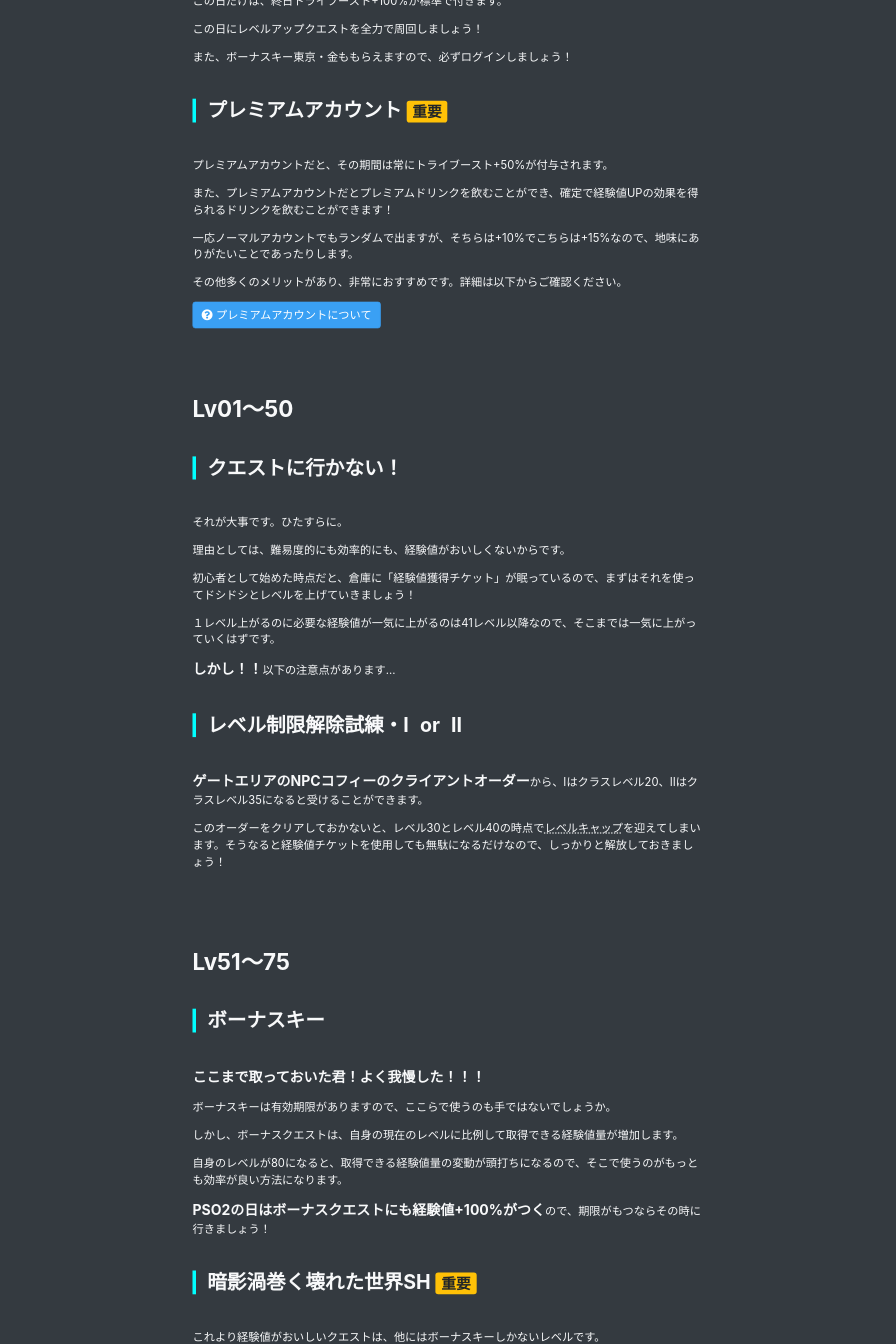
Repository: milkyahonpo/Website_source
Page: docs/capture.html
These files come from the project's save history. The page is drawn as it stood at one moment and after the next save; the edit follows.
The browser window is 1280 px wide. The pictures show the part of the page from y = 4580 to 6500 px (the page is 9694 px tall before and 9702 px after), at 70% of full size.
Some web libraries are served in a nearby version.

Above is the page before, as saved 2020-01-24 12:37:03.

### docs/capture.html
<!DOCTYPE html>
<html lang="ja">
  <head>
    <!-- Required meta tags -->
    <meta charset="utf-8">
    <meta name="viewport" content="width=device-width, initial-scale=1, shrink-to-fit=no">
    <!-- Bootstrap CSS -->
    <link rel="stylesheet" href="https://stackpath.bootstrapcdn.com/bootstrap/4.3.1/css/bootstrap.min.css" integrity="sha384-ggOyR0iXCbMQv3Xipma34MD+dH/1fQ784/j6cY/iJTQUOhcWr7x9JvoRxT2MZw1T" crossorigin="anonymous">
    <!-- My CSS -->
    <link rel="stylesheet" href="css/capture.css">
    <!-- favicon -->
    <link rel="shortcut icon" href="img/favicon.ico">
    <!-- Font Awesome -->
    <link href="https://use.fontawesome.com/releases/v5.6.1/css/all.css" rel="stylesheet">
    <!-- Google Fonts -->
    <link href="https://fonts.googleapis.com/css?family=Titillium+Web&display=swap" rel="stylesheet">

    <title>みるく屋本舗 - 攻略本 -</title>
  </head>

  <body>
  <!-- Navigation -->
  <nav class="navbar navbar-expand-lg navbar-light fixed-top py-3" id="mainNav">
    <div class="container">
      <a class="navbar-brand" href="index.html">
        <img src="./img/logo.png" width="50" height="50" alt="">
        <b>みるく屋本舗</b>
      </a>
      <button class="navbar-toggler navbar-togglar-right" type="button" data-toggle="collapse" data-target="#navbarResponsive" aria-controls="navbarResponsive" aria-expanded="false" aria-label="Toggle navigation">
        <span class="navbar-toggler-icon"></span>
      </button>
      <div class="collapse navbar-collapse" id="navbarResponsive">
        <ul class="navbar-nav ml-auto my-2 my-lg-0">
          <li class="nav-item">
            <a class="nav-link js-scroll-trigger" href="#basic">基礎知識</a>
          </li>
          <li class="nav-item">
            <a class="nav-link js-scroll-trigger" href="#lv1-50">Lv01～Lv50</a>
          </li>
          <li class="nav-item">
            <a class="nav-link js-scroll-trigger" href="#lv51-75">Lv51～Lv75</a>
          </li>
          <li class="nav-item">
            <a class="nav-link js-scroll-trigger" href="#lv76-80">Lv76～Lv80</a>
          </li>
          <li class="nav-item">
            <a class="nav-link js-scroll-trigger" href="#lv81-90">Lv81～Lv90</a>
          </li>
        </ul>
      </div>
    </div>
  </nav>
  <!-- About Section -->
  <section class="page-section h-100 bg-dark text-light">
    <div class="container h-100">
      <div class="row h-100 justify-content-center align-items-center">
        <div class="col-lg-8">
          <h2 class="display-1 mt-0 font-weight-bold text-center"><span style="color: cyan;">攻</span>略本</h2>
          <hr class="divider my-4">
          <p class="lead text-center">チムメンに役立つ育成情報を掲載します！</p>
          <p class="text-center"><small>最終更新 : 2020/01/23</small></p>
        </div>
      </div>
    </div>
  </section>

  <section class="page-section bg-dark text-light">
    <div class="container">
      <div class="row py-5 justify-content-center" id="basic">
        <div class="col-md-8">
          <h2 class="font-weight-bold">基礎知識</h2>
          <h3 class="my-5 pl-3"><strong class="font-weight-bold">メインクラスとサブクラス</strong></h3>
          <p>
            PSO2には「メインクラス」と「サブクラス」があります。
            <ul>
              <li>「メインクラス」装備できる武器に影響するクラス</li>
              <li>「サブクラス」一部のスキルとステータスの影響を受けるクラス<br>
            </ul>
            以下にクラス一覧と、その装備できる武器について示します。
          <p>
          <p class="alert alert-info">ガンスラッシュはどのクラスでも使用することができます。</p>
          <h4>通常クラス</h4>
          <table class="table table-striped table-hover my-3 table-dark">
            <tr><th>アイコン</th><th>クラス名</th><th>略称</th><th>装備できる武器</th></tr>
            <tr><td><img class="img-thumbnail" src="img/Hu.png"　style="display: inline-block" width="50px" height="auto"></td><td><a href="https://pso2.swiki.jp/index.php?%E3%83%8F%E3%83%B3%E3%82%BF%E3%83%BC">ハンター</a></td><td>Hu</td><td><ul><li>ソード</li><li>ワイヤードランス</li><li>パルチザン</li></ul></td></tr>
            <tr><td><img class="img-thumbnail" src="img/Fi.png"　style="display: inline-block" width="50px" height="auto"></td><td><a href="https://pso2.swiki.jp/index.php?%E3%83%95%E3%82%A1%E3%82%A4%E3%82%BF%E3%83%BC">ファイター</a></td><td>Fi</td><td><ul><li>ツインダガー</li><li>ダブルセイバー</li><li>ナックル</li></ul></td></tr>
            <tr><td><img class="img-thumbnail" src="img/Ra.png"　style="display: inline-block" width="50px" height="auto"></td><td><a href="https://pso2.swiki.jp/index.php?%E3%83%AC%E3%83%B3%E3%82%B8%E3%83%A3%E3%83%BC">レンジャー</a></td><td>Ra</td><td><ul><li>ランチャー</li><li>アサルトライフル</li></ul></td></tr>
            <tr><td><img class="img-thumbnail" src="img/Gu.png"　style="display: inline-block" width="50px" height="auto"></td><td><a href="https://pso2.swiki.jp/index.php?%E3%82%AC%E3%83%B3%E3%83%8A%E3%83%BC">ガンナー</a></td><td>Gu</td><td><ul><li>ツインマシンガン</li><li>アサルトライフル</li></ul></td></tr>
            <tr><td><img class="img-thumbnail" src="img/Fo.png"　style="display: inline-block" width="50px" height="auto"></td><td><a href="https://pso2.swiki.jp/index.php?%E3%83%95%E3%82%A9%E3%83%BC%E3%82%B9">フォース</a></td><td>Fo</td><td><ul><li>ロッド</li><li>タリス</li></ul></td></tr>
            <tr><td><img class="img-thumbnail" src="img/Te.png"　style="display: inline-block" width="50px" height="auto"></td><td><a href="https://pso2.swiki.jp/index.php?%E3%83%86%E3%82%AF%E3%82%BF%E3%83%BC">テクター</a></td><td>Te</td><td><ul><li>ウォンド</li><li>タリス</li></ul></td></tr>
            <tr><td><img class="img-thumbnail" src="img/Br.png"　style="display: inline-block" width="50px" height="auto"></td><td><a href="https://pso2.swiki.jp/index.php?%E3%83%96%E3%83%AC%E3%82%A4%E3%83%90%E3%83%BC">ブレイバー</a></td><td>Br</td><td><ul><li>カタナ</li><li>バレットボウ</li></ul></td></tr>
            <tr><td><img class="img-thumbnail" src="img/Bo.png"　style="display: inline-block" width="50px" height="auto"></td><td><a href="https://pso2.swiki.jp/index.php?%E3%83%90%E3%82%A6%E3%83%B3%E3%82%B5%E3%83%BC">バウンサー</a></td><td>Bo</td><td><ul><li>ジェットブーツ</li><li>デュアルブレード</li></ul></td></tr>
            <tr><td><img class="img-thumbnail" src="img/Su.png"　style="display: inline-block" width="50px" height="auto"></td><td><a href="https://pso2.swiki.jp/index.php?%E3%82%B5%E3%83%A2%E3%83%8A%E3%83%BC">サモナー</a></td><td>Su</td><td><ul><li>タクト</li></ul></td></tr >
          </table>
          <div class="my-5">
            <p>これらの通常クラスのいずれか２つをレベル75にすることで選択可能になる<strong class="lead font-weight-bold">「後継クラス」</strong>というものがあります。</p>
            <p>後継クラスは現状で３つあり、ファントムとエトワールはサブクラスとしてセットすることができますが、メインクラスとして使う場合、<strong class="lead font-weight-bold">全てサブクラスをセットすることができません。</strong>その代わりに、各クラス特徴のある強力なクラススキルを有しており、非常に優秀なクラスとなっています。</p>
          </div>
          <h4>後継クラス</h4>
          <table class="table table-striped table-hover my-3 table-dark">
            <tr><th>アイコン</th><th>クラス名</th><th>略称</th><th>装備できる武器</th></tr>
            <tr><td><img class="img-thumbnail" src="img/Hr.png"　style="display: inline-block" width="50px" height="auto"></td class="align-items-center"><td><a href="https://pso2.swiki.jp/index.php?%E3%83%92%E3%83%BC%E3%83%AD%E3%83%BC">ヒーロー</a></td><td>Hr</td><td><ul><li>ソード</li><li>ツインマシンガン</li><li>タリス</li></ul></td></tr>
            <tr><td><img class="img-thumbnail" src="img/Ph.png"　style="display: inline-block" width="50px" height="auto"></td><td><a href="https://pso2.swiki.jp/index.php?%E3%83%95%E3%82%A1%E3%83%B3%E3%83%88%E3%83%A0">ファントム</a></td><td>Ph</td><td><ul><li>カタナ</li><li>アサルトライフル</li><li>ロッド</li></td></tr>
            <tr><td><img class="img-thumbnail" src="img/Et.png"　style="display: inline-block" width="50px" height="auto"></td><td><a href="https://pso2.swiki.jp/index.php?%E3%82%A8%E3%83%88%E3%83%AF%E3%83%BC%E3%83%AB">エトワール</a></td><td>Et</td><td><ul><li>ダブルセイバー</li><li>デュアルブレード</li><li>ウォンド</li></td></tr>
          </table>
          <p>「メインクラス」は、当然ですが入手した経験値の100%が加算されます。</p>
          <p>「サブクラス」も、セットしておくだけでサブクラスがレベル70までは<strong class="lead font-weight-bold">メインクラスが獲得した経験値の25%</strong>が加算されます。</p>
          <p>そのため、必ずサブクラスをつけておきましょう。</p>

          <h3 class="my-5 pl-3"><strong class="font-weight-bold"><abbr title="特殊能力(DL先のファイルに詳細)">OP</abbr>・<abbr title="S級特殊能力(DL先のファイルに詳細)">SOP</abbr>付け</strong></h3>
          <p>PSO2の武器や<abbr title="防具のこと">ユニット</abbr>には、OPと呼ばれる特殊能力を付与することができます。</p>
          <p>これを付けていないとどれだけ頑張っても火力が出なかったり、伸び悩んでしまう原因になります。</p>
          <p>最初のうちに理解するのは難しい要素でもあるのですが、以下のファイルにOPの付け方をまとめてあるので、ダウンロードして必ず理解するようにしましょう！！</p>
          <a class="text-decoration-none" href="./document/PSO2 OP付け覚書.pdf" download="PSO2 OP付け覚書.pdf">
            <button class="btn btn-primary">
              <span class="text-decoration-none"><i class="fas fa-download"></i><b class="px-1">PSO2 OP付け覚書.pdf</b></span>
            </button>
          </a>
          <h3 class="my-5 pl-3"><strong class="font-weight-bold">ブーストアイテム</strong></h3>
          <p>PSO2には、経験値やメセタやレアドロの確率を一時的に上昇させる、トライブーストをはじめとした「ブーストアイテム」が多種類存在します。</p>
          <p>経験値を稼ぐためには、ブーストを使用したほうが有利ですので、必ず使用してクエストに行くことを忘れないようにしましょう。</p>
          <p>同じ名前のブーストアイテムを使用しても効果は多くならないので、違う名前のブーストを組み合わせることでより良い効果を得ることができます。</p>
          <p>元々の経験値を100%とすると...</p>
          <div class="card mb-3 text-dark">
            <div class="card-body">
            <p><b>例１)トライブースト+100%と経験値+75%を使用した場合の経験値取得率</b></p>
            <strong class="my-1 display-4"><var>100</var> + <var>100</var> + <var>75</var> = <var>275</var>%</strong>
            </div>
          </div>
          <p>上記のように、ブーストアイテムの効果は加算によって求められます。</p>

          <h3 class="my-5 pl-3"><strong class="font-weight-bold">パーティーブースト </strong><span class="badge badge-warning">重要</span></h3>
          <p>PSO2では、パーティーを組むことによって「パーティーブースト」と呼ばれる、<abbr title="略称「トラブ」 メセタ、レアドロ、経験値獲得量UP">トライブースト</abbr>が付与されます。</p>
          <p>先ほどのブーストアイテムについての項目でお話しましたが、ブーストアイテムの効果は加算によって求めることができます。</p>
          <p>しかし、<strong class="lead font-weight-bold">パーティーブーストだけは乗算でかかります。</strong>パーティーが二人以上の場合のパーティーの人数をXとすると、パーティーブーストは1.X倍になります。</p>
          <div class="card mb-3 text-dark">
            <div class="card-body">
            <p><b>例２)例１の場合でパーティー４人の場合の経験値取得率</b></p>
            <strong class="my-1 display-4"><var>275</var> * <var>1.4</var> = <span class="enh"><var>385</var>%</span></strong><br>
            </div>
          </div>
          <p>絶対に４人パーティーで行きましょう！</p>

          <h3 class="my-5 pl-3"><strong class="font-weight-bold">PSO2の日(毎月2日 +プレミアムは22日)</strong></h3>
          <p>この日だけは、終日トライブースト+100%が標準で付きます。</p>
          <p>この日にレベルアップクエストを全力で周回しましょう！</p>
          <p>また、ボーナスキー東京・金ももらえますので、必ずログインしましょう！</p>

          <h3 class="my-5 pl-3"><strong class="font-weight-bold">プレミアムアカウント </strong><span class="badge badge-warning">重要</span></h3>
          <p>プレミアムアカウントだと、その期間は常にトライブースト+50%が付与されます。</p>
          <p>また、プレミアムアカウントだとプレミアムドリンクを飲むことができ、確定で経験値UPの効果を得られるドリンクを飲むことができます！</p>
          <p>一応ノーマルアカウントでもランダムで出ますが、そちらは+10%でこちらは+15%なので、地味にありがたいことであったりします。</p>
          <p>その他多くのメリットがあり、非常におすすめです。詳細は以下からご確認ください。</p>
          <a href="http://pso2.jp/players/manual/preparations/ac/#sys-manual-513"><button class="btn btn-primary"><i class="fas fa-question-circle"></i> プレミアムアカウントについて</button></a>
        </div>
      </div>
      <div class="row py-5 justify-content-center" id="lv1-50">
        <div class="col-lg-8">
          <h2><b>Lv01～50</b></h2>
          <h3 class="my-5 pl-3"><strong class="font-weight-bold">クエストに行かない！</strong></h3>
          <section>
            <p>それが大事です。ひたすらに。</p>
            <p>理由としては、難易度的にも効率的にも、経験値がおいしくないからです。</p>
            <p>初心者として始めた時点だと、倉庫に「経験値獲得チケット」が眠っているので、まずはそれを使ってドシドシとレベルを上げていきましょう！</p>
            <p>１レベル上がるのに必要な経験値が一気に上がるのは41レベル以降なので、そこまでは一気に上がっていくはずです。</p>
            <p><strong class="lead font-weight-bold">しかし！！</strong>以下の注意点があります...</p>
            <h3 class="my-5 pl-3"><strong class="font-weight-bold">レベル制限解除試練・Ⅰ<span class="mx-3">or</span>Ⅱ</strong></h3>
            <p><strong class="lead font-weight-bold">ゲートエリアのNPCコフィーのクライアントオーダー</strong>から、Ⅰはクラスレベル20、Ⅱはクラスレベル35になると受けることができます。</p>
            <p>このオーダーをクリアしておかないと、レベル30とレベル40の時点で<abbr title="レベルがそれ以上上がらない状態になること">レベルキャップ</abbr>を迎えてしまいます。そうなると経験値チケットを使用しても無駄になるだけなので、しっかりと解放しておきましょう！</p>
          </section>
        </div>
      </div>
      <div class="row py-5 justify-content-center" id="lv51-75">
        <div class="col-lg-8">
          <h2 class="mb-5"><b>Lv51～75</b></h2>
          <h3 class="my-5 pl-3"><strong class="font-weight-bold">ボーナスキー</strong></h3>
          <p><strong class="lead font-weight-bold">ここまで取っておいた君！よく我慢した！！！</strong></p>
          <p>ボーナスキーは有効期限がありますので、ここらで使うのも手ではないでしょうか。</p>
          <p>しかし、ボーナスクエストは、自身の現在のレベルに比例して取得できる経験値量が増加します。</p>
          <p>自身のレベルが80になると、取得できる経験値量の変動が頭打ちになるので、そこで使うのがもっとも効率が良い方法になります。</p>
          <p><strong class="lead font-weight-bold">PSO2の日はボーナスクエストにも経験値+100%がつく</strong>ので、期限がもつならその時に行きましょう！</p>

          <h3 class="my-5 pl-3"><strong class="font-weight-bold">暗影渦巻く壊れた世界SH </strong><span class="badge badge-warning">重要</span></h3>
          <p>これより経験値がおいしいクエストは、他にはボーナスキーしかないレベルです。</p>
          <p>圧倒的経験値効率を誇るクエストなので、レベリングには必ず行きましょう！</p>
          <p><strong class="lead font-weight-bold">レベルアップクエストの仕様上、5日周期で1日来る</strong>ので必ずチェックしておきましょう。</p>

          <h3 class="my-5 pl-3"><strong class="font-weight-bold">クラスごとの<abbr title="スキルポイント スキルツリーのスキルを取得するために必要になる レベル1UPごとに1SP">SP</abbr>取得クライアントオーダー </strong><span class="badge badge-warning">重要</span></h3>
          <p>レベル75になると、クラスキューブというアイテムを渡すことによって、クラスごとにSPを獲得できるクライアントオーダーが解放されます。</p>
          <p>クラスキューブとは、ハンターであれば「Huエクスキューブ」といったような、クラスの略称がついたアイテムになります。</p>
          <p>全てのクラス共通で、最初は1個、次は2個、3個、4個と要求数が増えていき、全4つのオーダーで合計10個のクラスキューブが必要になります。</p>
          <p><strong class="lead font-weight-bold">ゲートエリアのNPCシロナの「トレジャーショップ」</strong>から、SGまたはメセタを使用してクラスキューブを購入することができます。売っているクラスキューブは日替わりなので、自分の欲しいクラスキューブが陳列された時に購入しましょう！</p>

          <p>また、レベル90のレベルキャップに到達した状態でレベルアップすることで、そのクラスのクラスキューブを<strong class="lead font-weight-bold">レベルアップごとに７個</strong>取得することができます。</p>
        </div>
      </div>
          <!--
          <h3 class="my-5 pl-3"><strong class="font-weight-bold">レベル75制限解除試験・○○ </strong><span class="badge badge-info">後継クラスのみ</span></h3>
          <p>レベル75制限解除試験とは、その名の通りレベル75のレベルキャップを解放するクライアントオーダーです。</p>
          <p>これまでもレベル30の時点やレベル40の時点にも存在したものと同じになります。</p>
          <p>このレベルキャップ解放はクラスごとにクリアする必要があります。</p>
          <p>条件は、<br>
          <strong class="lead font-weight-bold">「<abbr title="ガンスラッシュは対象外です">メインクラスで装備できる武器種</abbr>の☆13以上を+35まで強化する」</strong><br>
          というものになります。</p>
          <p><strong class="lead font-weight-bold">ゲートエリアのNPCプリンの「コレクトシート」</strong>で、☆13武器の+35をゲットするだけで達成することができます。</p>
          <p>コレクトシートとは、数あるアイテムの中から自身が欲しいアイテムを選択し、そのアイテムのシートを入手したのちに、シート中に記載されている必要項目を全達成することで対象のアイテムが入手できるというものです。</p>
          <p>それぞれの項目に指定された条件を達成すると項目のゲージが上昇していき、ゲージが最大になった時にドロップするアイテムを入手することで項目が達成されます。</p>
          <p>基本的にコレクトシートの項目の条件は、入手した時点で開催されている緊急クエストや期間限定クエストで達成できるものが設定されているので、どんどん参加しましょう！</p>
          -->

      <div class="row py-5 justify-content-center" id="lv76-80">
        <div class="col-lg-8">
          <h2 class="mb-5"><b>Lv76～80</b></h2>
          <h3 class="my-5 pl-3"><strong class="font-weight-bold">必要経験値の異常なまでの上昇 </strong><span class="badge badge-danger">難関</span></h3>
          <p><strong class="lead font-weight-bold">今までとは比べ物にならないくらいにレベルが上がらなくなってきます。</strong></p>
          <p>ただ、昔のPSO2と比較したら今はボーナスキーもあり、レベルアップクエストなんてものもあり、
          そのうえPSO2の日では経験値+100%で、プレミアムなら毎日トライブースト+50%もつくだって！？</p>
          <strong class="lead font-weight-bold">めげずに頑張りましょう！私たちがついています！</strong>

          <h3 class="my-5 pl-3"><strong class="font-weight-bold">ボーナスキー </strong></h3>
          <p>それはここでも同じです。</p>
          <p>PSO2で経験値が一番おいしいクエストは間違いなくボーナスキー！</p>
          <p>手に入れたらPSO2の日をねらって絶対に行きましょう！</p>
          <p>(ブーストアイテムを忘れずにね！)</p>

          <h3 class="my-5 pl-3"><strong class="font-weight-bold">暗影渦巻く壊れた世界XH </strong><span class="badge badge-success">更新時点 推奨</span></h3>
          <p>現状最強武器の「リバレイト〇〇」という武器の入手にはクラスキューブが必要になります。</p>
          <p>また、2020/02/05まで開催されている<a href="http://pso2.jp/players/event/newyear2020/">SPACE MAGATSU DESTROYERS</a>の個人ポイント獲得はこの暗影でもためることができ、暗影は1周2分で周回できるので非常に高効率となっています。(本来あってはならないことかもしれませんが...)</p>
          <p>以上の理由から、現時点では高レベルのプレイヤーも暗影を周回しており、人がすぐに集まることも多いため、以下に記載してあるSHを周回するよりも圧倒的に高効率でレベルアップすることができます。</p>

          <h3 class="my-5 pl-3"><strong class="font-weight-bold">暗影渦巻く壊れた世界SH </strong><span class="badge badge-secondary">更新時点 非推奨</span></h3>
          <p>「え？なんでまだこの段階でもXH行かないの？」</p>
          <p>そう思う方も多いことでしょう。</p>
          <p>試しにXHに行ってみた方はわかると思いますが、
          <strong class="lead font-weight-bold">クエストに12人いることのほうが少ないです。</strong></p>
          <p>理由はSHとXHの受注可能なレベル帯の差にあります。</p>
          <p>SHはレベル50から受注可能で、XHには、メインサブの双方を75まで上げないと行けません。</p>
          <p>なので、SHを回るのは、75-50=レベル25分の幅の方で、
          なおかつメインはレベル75であってもサブはまだという方も含まれます。</p>
          <p>それに対してXHはレベル75から受注可能で、最大はレベル90です。</p>
          <p>なので、XHを回るのは、90-75=レベル15分の幅の方で、
          なおかつメインサブ双方が75以上である方です。</p>
          <p>それゆえに、暗影で人数が集まるのは必然的にSHとなるわけです。</p>
          <p>人数が集まるということは、パーティーが組めるのでブーストがのる。</p>
          <p><strong class="lead font-weight-bold">そういうことです！</strong></p>

          <h3 class="my-5 pl-3"><strong class="font-weight-bold">クラスごとのSP取得クライアントオーダー </strong></h3>
          <p>Lv51～75で前述のとおりです。</p>
          <p>もしもレベル75の時点でやっていなかったのであれば、必ずここで済ませてしまいましょう！</p>

          <!--
          <h3 class="my-5 pl-3"><strong class="font-weight-bold">レベル80制限解除試験・○○ </strong></h3>
          <p>「またレベルキャップか・・・」</p>
          <p>安心してください。今回のは<b>めちゃくちゃ簡単</b>です。</p>
          <p>レベルを75にした時点で称号報酬でもらっていた、３つの<strong class="lead font-weight-bold">「サブ／ステラウォール」</strong>というユニット。</p>
          <p>若しくは、ここまで暗影を周回している人なら持っているであろう「ウェポンズバッジ2019」。</p>
          <p>それとバッジ交換ショップで交換できる☆12ユニットの、</p>
          <p><strong class="lead font-weight-bold">「リア／サーキュレイ」、「アーム／サーカレイ」、「レッグ／サークレイ」</strong>。</p>
          <p>そのどちらかのシリーズを全て+10にしてから装備して話しかけるだけで達成できます。</p>
          <p>ユニットの強化は、武器と比較してものすごく簡単なので、
          強化値+7までは補助アイテム何も無しで上げていき、
          +8以降は、「強化成功率+5%」と「強化リスク軽減(+1)」を使用して上げていくだけで十分です。</p>
          <p>もっていないのであれば、どちらも非常に安価にマイショップで販売していますので、
          どんどん上げて、ぱぱっと報告してしまいましょう！</p>
          -->
        </div>
      </div>
      <div class="row py-5 justify-content-center" id="lv81-90">
        <div class="col-lg-8">
          <h2 class="mb-5"><b>Lv81～90</b></h2>
          <h3 class="my-5 pl-3 display-4"><font color="orange">気合 <i class="fas fa-exclamation"></i></font></h3>
          <p>今までの知識をすべて駆使してレベルを上げていきましょう。</p>
          <p>ブースト、ボーナスキー、暗影...</p>
          <p><b style="font-size: 20px">頂上はもうすぐです！</b></p>
        </div>
      </div>
    </div>
  </div>
</section>
  <!-- Footer -->
  <footer class="bg-light py-5">
    <div class="container">
      <div class="small text-center text-muted">※当サイトの一部の掲載画像等に関する権利は、株式会社セガゲームズに帰属しています。</div>
      <div class="small text-center text-muted">Copyright &copy; 2019 - MYH / SEGA PHANTASY STAR ONLINE 2</div>
    </div>
  </footer>

  <!-- Bootstrap core JavaScript -->
  <script src="vendor/jquery/jquery.min.js"></script>
  <script src="vendor/bootstrap/js/bootstrap.bundle.min.js"></script>

  <!-- Plugin JavaScript -->
  <script src="vendor/jquery-easing/jquery.easing.min.js"></script>
  <script src="vendor/magnific-popup/jquery.magnific-popup.min.js"></script>

  <!-- Custom scripts for this template -->
  <script src="js/creative.min.js"></script>

    <!-- Optional JavaScript -->
    <!-- jQuery first, then Popper.js, then Bootstrap JS -->
    <script src="https://code.jquery.com/jquery-3.3.1.slim.min.js" integrity="sha384-q8i/X+965DzO0rT7abK41JStQIAqVgRVzpbzo5smXKp4YfRvH+8abtTE1Pi6jizo" crossorigin="anonymous"></script>
    <script src="https://cdnjs.cloudflare.com/ajax/libs/popper.js/1.14.7/umd/popper.min.js" integrity="sha384-UO2eT0CpHqdSJQ6hJty5KVphtPhzWj9WO1clHTMGa3JDZwrnQq4sF86dIHNDz0W1" crossorigin="anonymous"></script>
    <script src="https://stackpath.bootstrapcdn.com/bootstrap/4.3.1/js/bootstrap.min.js" integrity="sha384-JjSmVgyd0p3pXB1rRibZUAYoIIy6OrQ6VrjIEaFf/nJGzIxFDsf4x0xIM+B07jRM" crossorigin="anonymous"></script>
  </body>
</html>

### docs/js/creative.min.js
/*!
 * Start Bootstrap - Creative v5.1.6 (https://startbootstrap.com/template-overviews/creative)
 * Copyright 2013-2019 Start Bootstrap
 * Licensed under MIT (https://github.com/BlackrockDigital/startbootstrap-creative/blob/master/LICENSE)
 */

!function (e) { "use strict"; e('a.js-scroll-trigger[href*="#"]:not([href="#"])').click(function () { if (location.pathname.replace(/^\//, "") == this.pathname.replace(/^\//, "") && location.hostname == this.hostname) { var a = e(this.hash); if ((a = a.length ? a : e("[name=" + this.hash.slice(1) + "]")).length) return e("html, body").animate({ scrollTop: a.offset().top - 72 }, 1e3, "easeInOutExpo"), !1 } }), e(".js-scroll-trigger").click(function () { e(".navbar-collapse").collapse("hide") }), e("body").scrollspy({ target: "#mainNav", offset: 75 }); function a() { 100 < e("#mainNav").offset().top ? e("#mainNav").addClass("navbar-scrolled") : e("#mainNav").removeClass("navbar-scrolled") } a(), e(window).scroll(a)/*, e("#portfolio").magnificPopup({ delegate: "a", type: "image", tLoading: "Loading image #%curr%...", mainClass: "mfp-img-mobile", gallery: { enabled: !0, navigateByImgClick: !0, preload: [0, 1] }, image: { tError: '<a href="%url%">The image #%curr%</a> could not be loaded.' } })*/ }(jQuery);

Loaded but not shown: docs/css/capture.css (library); docs/vendor/jquery/jquery.min.js (library); docs/vendor/bootstrap/js/bootstrap.bundle.min.js (library); docs/vendor/jquery-easing/jquery.easing.min.js (common file); docs/vendor/magnific-popup/jquery.magnific-popup.min.js (library)

After the next save:
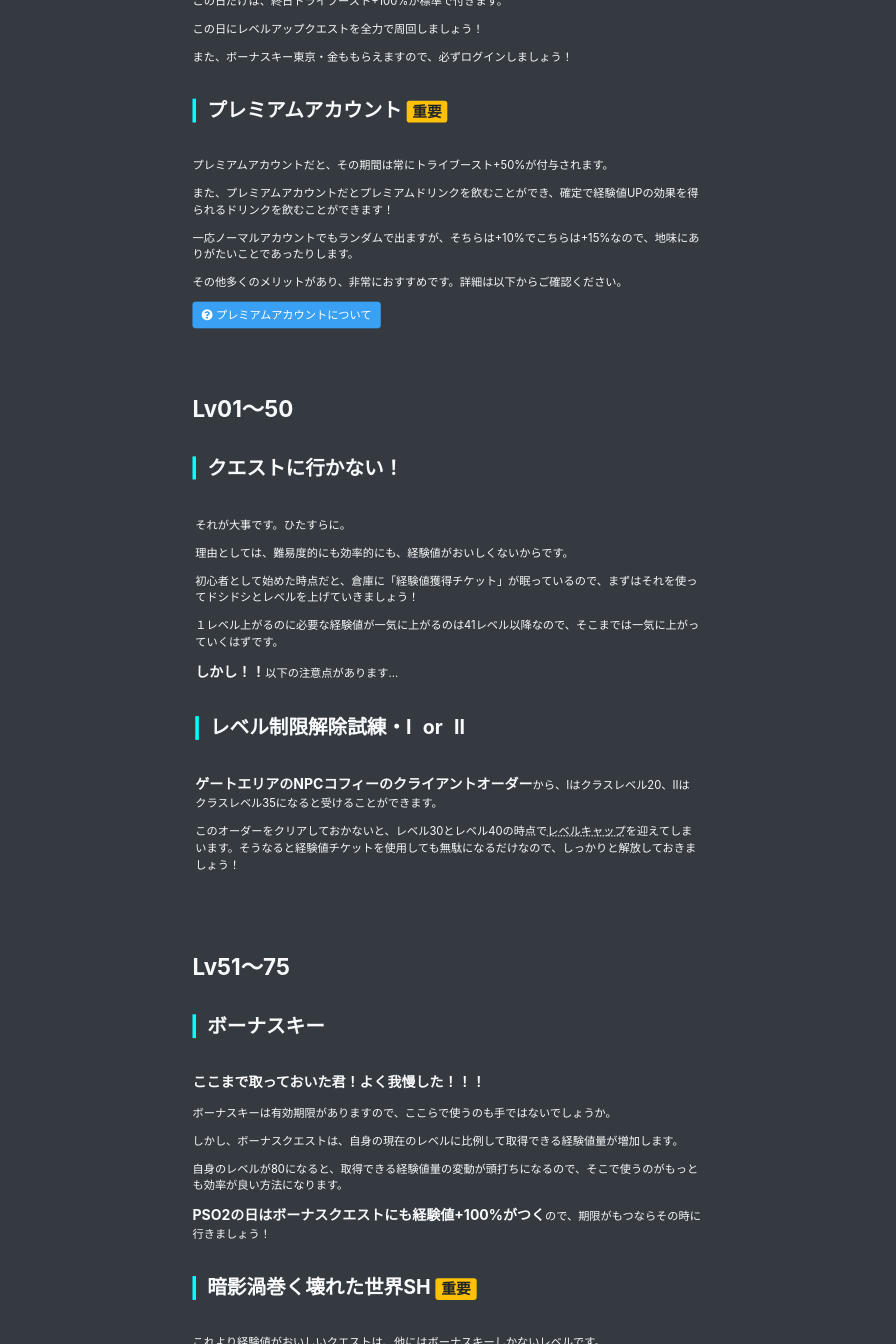
Saved 30 s later.
--- a/docs/capture.html
+++ b/docs/capture.html
@@ -158,7 +158,7 @@
         <div class="col-lg-8">
           <h2><b>Lv01～50</b></h2>
           <h3 class="my-5 pl-3"><strong class="font-weight-bold">クエストに行かない！</strong></h3>
-          <section>
+          <section class="px-1 py-1">
             <p>それが大事です。ひたすらに。</p>
             <p>理由としては、難易度的にも効率的にも、経験値がおいしくないからです。</p>
             <p>初心者として始めた時点だと、倉庫に「経験値獲得チケット」が眠っているので、まずはそれを使ってドシドシとレベルを上げていきましょう！</p>
